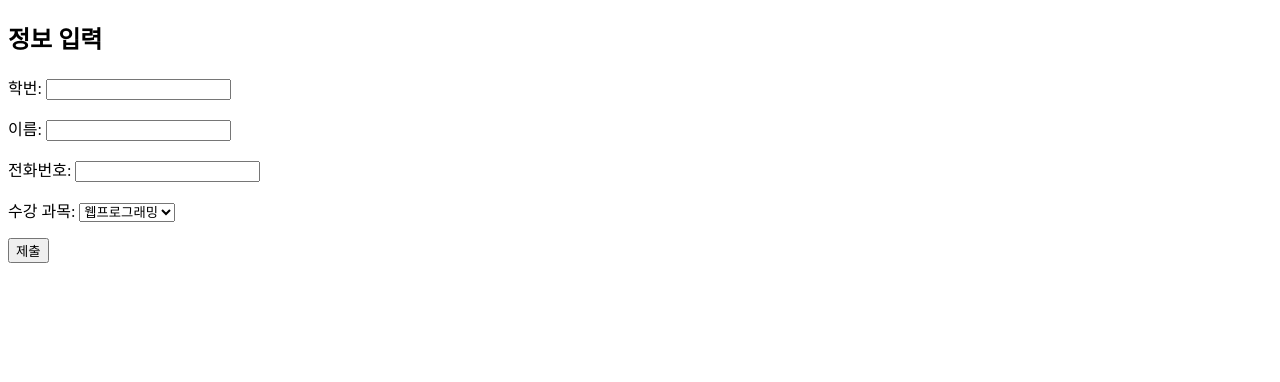
Repository: xxeionw/java_form
Page: http://localhost/formpro/form.jsp
An editor plug-in stored every save of this project. The page is shown before and after the next save, followed by the edit.
The browser window is 1280 px wide. The pictures show the whole page.
The page is served by Tomcat 9. Other server files are loaded and not shown.

Above is the page before, as saved 2025-05-26 07:41:54.

### formpro/src/main/webapp/form.jsp
<%@ page language="java" contentType="text/html; charset=EUC-KR"
    pageEncoding="EUC-KR"%>
<!DOCTYPE html>
<html>
<head>
<meta charset="EUC-KR">
<title>입력 폼</title>
</head>
<body>
	<h2> 정보 입력</h2>
    <form action="result.jsp" method="post">
        <p>학번: <input type="text" name="studentId"></p>
        <p>이름: <input type="text" name="name"></p>
        <p>전화번호: <input type="text" name="phone"></p>
        <p>수강 과목:
            <select name="subject">
                <option value="웹프로그래밍">웹프로그래밍</option>
                <option value="자료구조">자료구조</option>
                <option value="알고리즘">알고리즘</option>
            </select>
        </p>
        <input type="submit" value="제출">
    </form>
</body>
</html>

After the next save:
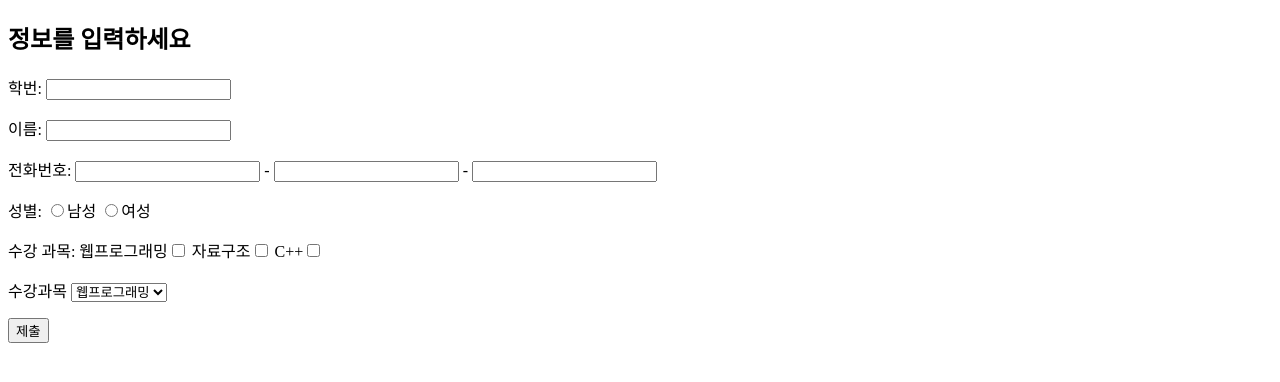
Saved 22 min 1 s later.
--- a/formpro/src/main/webapp/form.jsp
+++ b/formpro/src/main/webapp/form.jsp
@@ -7,12 +7,21 @@
 <title>입력 폼</title>
 </head>
 <body>
-	<h2> 정보 입력</h2>
+	<h2> 정보를 입력하세요</h2>
     <form action="result.jsp" method="post">
         <p>학번: <input type="text" name="studentId"></p>
         <p>이름: <input type="text" name="name"></p>
-        <p>전화번호: <input type="text" name="phone"></p>
-        <p>수강 과목:
+        <p>전화번호: <input type="text" maxlength="4" name="phone1"> -
+        <input type="text" maxlength="4" name="phone2"> -
+        <input type="text" maxlength="4" name="phone3"></p>
+
+        <p>성별: <input type ="radio" name ="sex" value= "남성">남성
+        <input type = "radio" name ="sex" value="여성">여성
+
+        <p>수강 과목: 웹프로그래밍<input type="checkbox" name="subject1">
+        	자료구조<input type="checkbox" name="subject2">
+        	C++<input type="checkbox" name="subject3">
+        <p>수강과목
             <select name="subject">
                 <option value="웹프로그래밍">웹프로그래밍</option>
                 <option value="자료구조">자료구조</option>
